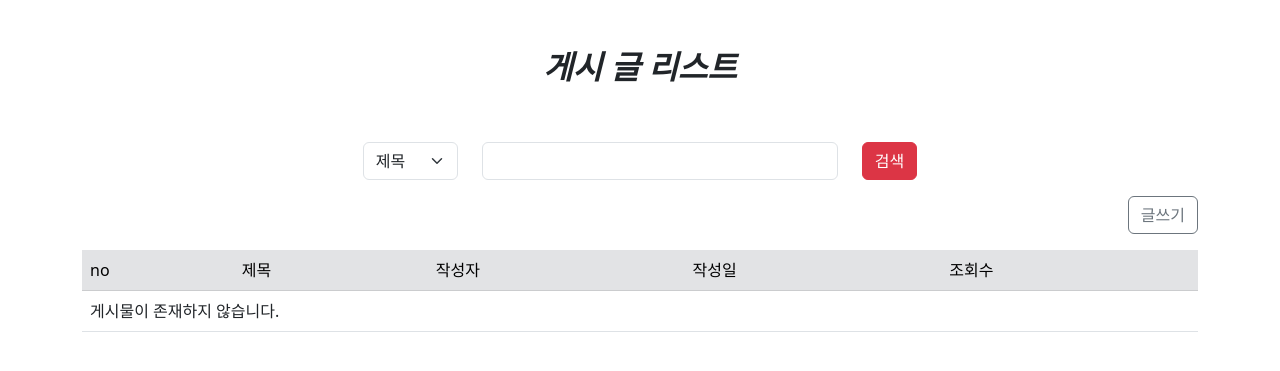
Repository: lopanghub/git_study
Page: http://localhost/JSPPracticech06/WEB-INF/board/boardList.jsp
These files come from the project's save history. The page is drawn as it stood at one moment and after the next save; the edit follows.
The browser window is 1280 px wide. The pictures show the whole page.
The page is served by Tomcat 9. Nobody is signed in. Other server files are loaded and not shown. The template is opened directly, without the code that normally fills it, so the values that code supplies are empty.

Above is the page before, as saved 2024-04-09 07:23:00.

### JSPStudy/JSPPracticech06/src/main/webapp/WEB-INF/board/boardList.jsp
<%@page import="java.util.ArrayList"%>
<%@page import="com.jsppractice.ch06.vo.Board"%>
<%@page import="java.util.List"%>
<%@page import="java.sql.ResultSet"%>
<%@page import="java.sql.PreparedStatement"%>
<%@page import="java.sql.DriverManager"%>
<%@page import="java.sql.Connection"%>
<%@ page language="java" contentType="text/html; charset=UTF-8"
	pageEncoding="UTF-8"%>
<%@taglib prefix="c" uri="http://java.sun.com/jsp/jstl/core"%>
<!DOCTYPE html>
<html>
<head>
<meta charset="UTF-8">
<meta name="viewport" content="width=device-width, intial-scale=1">
<title>JSP페이지에서 데이터베이스에 접속해 데이터 읽어오기</title>
<link href="bootstrap/bootstrap.min.css" rel="stylesheet">
</head>
<body>
	<div class="container">
		<!-- 타이틀 -->
		<div class="row my-5">
			<div class="col text-center">
				<h1 class="fw-bolder fst-italic fs-2">게시 글 리스트</h1>
			</div>
		</div>

		<!-- 검색폼  -->
		<form name="searchForm" id="searchForm" action="#"
			class="row justify-content-center my-3">
			<div class="col-auto">
				<select name="type" class="form-select">
					<option value="title">제목</option>
					<option value="writer">작성자</option>
					<option value="content">내용</option>
				</select>
			</div>
			<div class="col-4">
				<input type="text" name="keyword" id="keyword" class="form-control">
			</div>
			<div class="col-auto">
				<input type="submit" class="btn btn-danger" value="검색" />
			</div>
		</form>

		<!-- 글쓰기 버튼 -->
		<div class="row">
			<div class="col text-end">
				<a href="writeForm" class="btn btn-outline-secondary">글쓰기</a>
			</div>
		</div>

		<!-- 테이블 -->
		<div class="row my-3">
			<div class="col">
				<table class="table table-hover">
					<thead>
					<tr class="table-secondary">
						<td>no</td>
						<td>제목</td>
						<td>작성자</td>
						<td>작성일</td>
						<td>조회수</td>
					</tr>
					</thead>
					<c:if test="${not empty bList }">
						<!-- items에 스크립틀릿에서 정의한 boardList를 표현식으로 지정할 수 있다. -->
						<c:forEach var="board" items="${bList }">
							<tr>
								<td>${ board.no }</td>
								<td>${ board.title }</td>
								<td>${ board.writer }</td>
								<td>${ board.regDate }</td>
								<td>${ board.readCount }</td>
							</tr>
						</c:forEach>
					</c:if>
					<c:if test="${empty bList }">
						<tr>
							<td colspan="5">게시물이 존재하지 않습니다.</td>
						</tr>
					</c:if>
				</table>
			</div>
		</div>
	</div>
	<script src="bootstrap/bootstrap.bundle.min.js"></script>
</body>
</html>

Loaded but not shown: JSPStudy/JSPPracticech06/src/main/webapp/bootstrap/bootstrap.min.css (library); JSPStudy/JSPPracticech06/src/main/webapp/bootstrap/bootstrap.bundle.min.js (library)

After the next save:
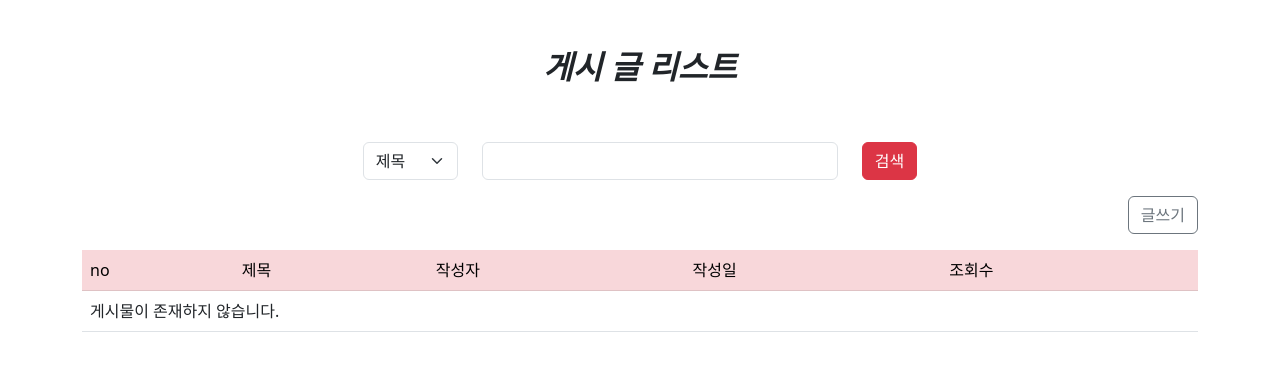
Saved 6 s later.
--- a/JSPStudy/JSPPracticech06/src/main/webapp/WEB-INF/board/boardList.jsp
+++ b/JSPStudy/JSPPracticech06/src/main/webapp/WEB-INF/board/boardList.jsp
@@ -55,13 +55,13 @@
 			<div class="col">
 				<table class="table table-hover">
 					<thead>
-					<tr class="table-secondary">
-						<td>no</td>
-						<td>제목</td>
-						<td>작성자</td>
-						<td>작성일</td>
-						<td>조회수</td>
-					</tr>
+						<tr class="table-danger">
+							<td>no</td>
+							<td>제목</td>
+							<td>작성자</td>
+							<td>작성일</td>
+							<td>조회수</td>
+						</tr>
 					</thead>
 					<c:if test="${not empty bList }">
 						<!-- items에 스크립틀릿에서 정의한 boardList를 표현식으로 지정할 수 있다. -->
